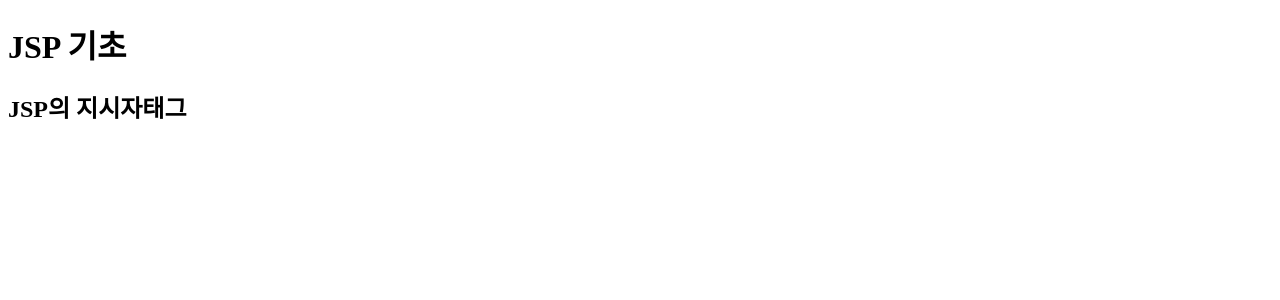
Repository: vaynel/StudyFile
Page: http://localhost/spring04_jsp/study
The author's editor kept a copy of each file at every save. The page is drawn from the files as they stood at one save, then again after the next save.
The browser window is 1280 px wide. The pictures show the whole page.
The page is served by Tomcat 9.

Above is the page before, as saved 2023-01-19 05:22:55.

After the next save:
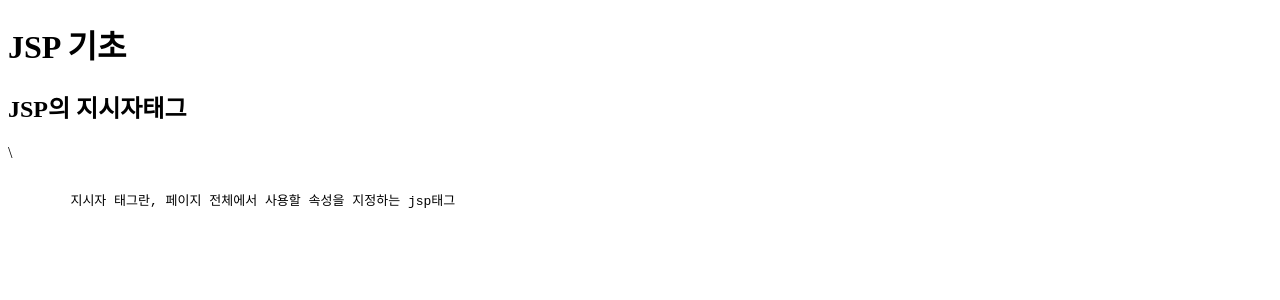
Saved 22 min 1 s later.
--- a/H_spring/spring04_jsp/WebContent/WEB-INF/views/study.jsp
+++ b/H_spring/spring04_jsp/WebContent/WEB-INF/views/study.jsp
@@ -9,7 +9,13 @@
 <body>
 	<h1>JSP 기초</h1>
 
-	<h2><%= request.getAttribute("tit1") %></h2>
+	<h2><%= request.getAttribute("tit1") %></h2>\
+	<pre>
+	지시자 태그란, 페이지 전체에서 사용할 속성을 지정하는 jsp태그
+
+
+
+	</pre>
 
 
 
